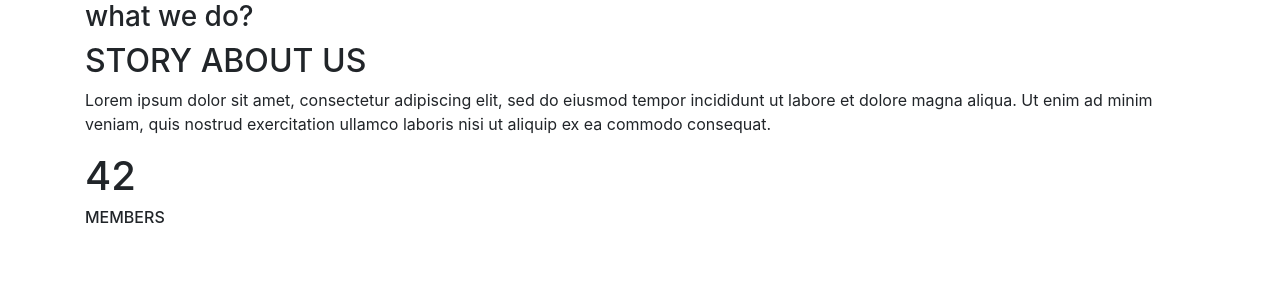
Repository: nourabdelhakam/MoGo-template
Page: index.html
An editor plug-in stored every save of this project. The page is shown before and after the next save, followed by the edit.
The browser window is 1280 px wide. The pictures show the whole page.
Some web libraries are served in a nearby version. The style sheet was rebuilt from its Sass, Less or Tailwind sources for each picture, by a compiler version that may differ from the author's.

Above is the page before, as saved 2021-02-21 18:55:56.

After the next save:
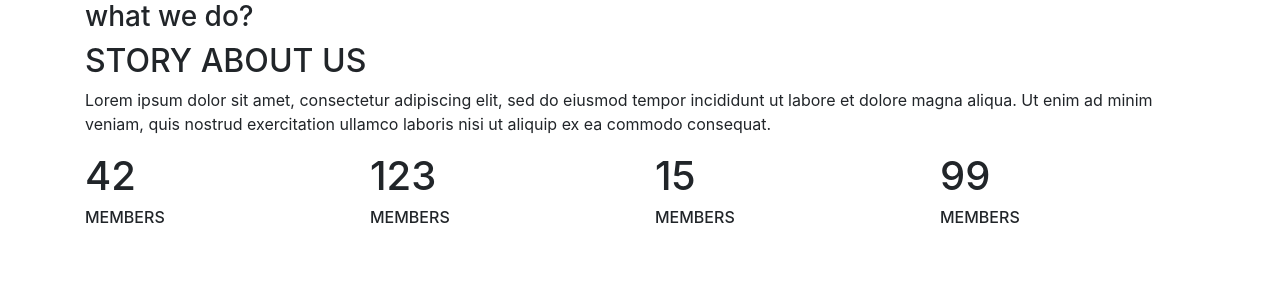
Saved 63 s later.
--- a/index.html
+++ b/index.html
@@ -28,9 +28,18 @@
                     <h1>42</h1>
                     <h6>MEMBERS</h6>
                 </div>
-                <div class="col"></div>
-                <div class="col"></div>
-                <div class="col"></div>
+                <div class="col">
+                    <h1>123</h1>
+                    <h6>MEMBERS</h6>
+                </div>
+                <div class="col">
+                    <h1>15</h1>
+                    <h6>MEMBERS</h6>
+                </div>
+                <div class="col">
+                    <h1>99</h1>
+                    <h6>MEMBERS</h6>
+                </div>
             </div>
         </div>
     </section>
